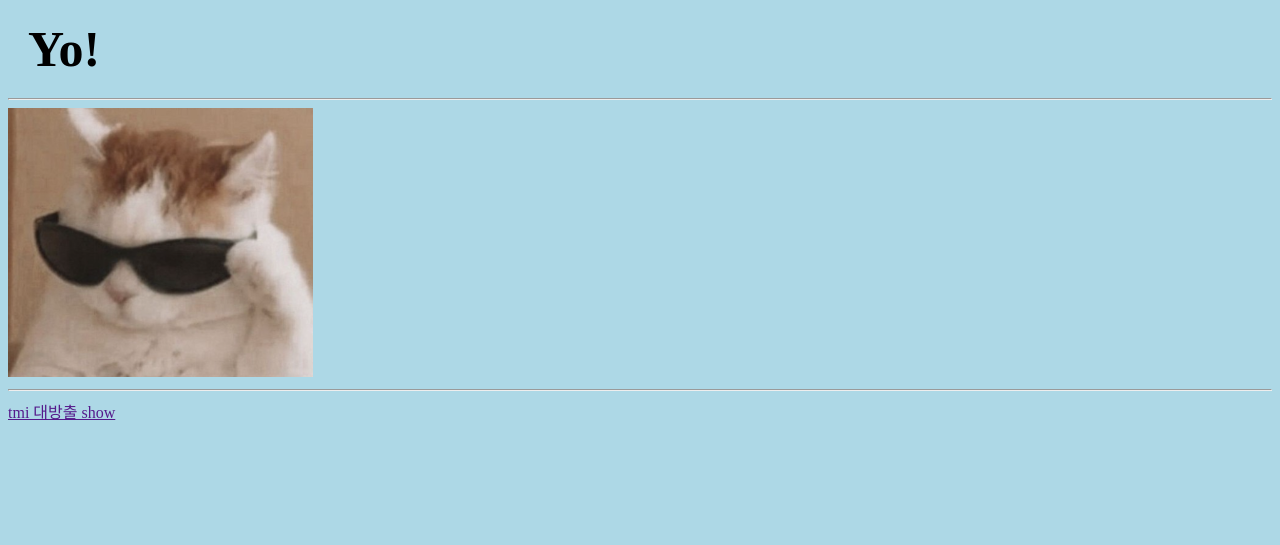
Repository: tjfgk97/sts3
Page: http://localhost/spring-first/hi
An editor plug-in stored every save of this project. The page is shown before and after the next save, followed by the edit.
The browser window is 1280 px wide. The pictures show the whole page.
The page is served by Tomcat 9.

Above is the page before, as saved 2024-02-01 07:07:00.

After the next save:
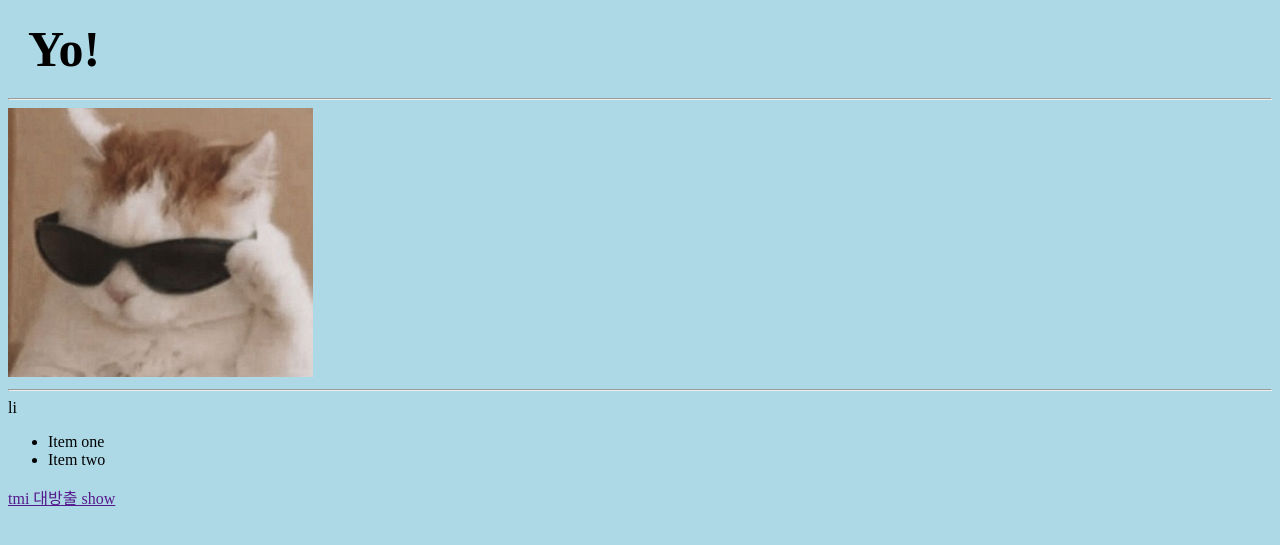
Saved 46 s later.
--- a/spring-first/src/main/webapp/WEB-INF/views/intro.jsp
+++ b/spring-first/src/main/webapp/WEB-INF/views/intro.jsp
@@ -15,6 +15,11 @@
 	<img alt="" src="resources/images/ganzi.png">
 	<hr>
 	<div>
+	li<ul>
+  <li> Item one </li>
+  <li> Item two </li>
+</ul>
+
 	<a href="">tmi 대방출 show</a>
 	</div>
 
